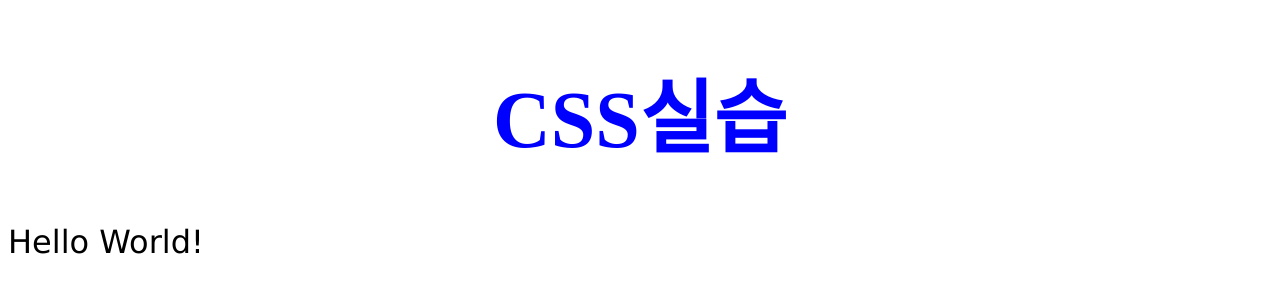
Repository: ashojm/WebWork
Page: Web/first.html
These files come from the project's save history. The page is drawn as it stood at one moment and after the next save; the edit follows.
The browser window is 1280 px wide. The pictures show the whole page.

Above is the page before, as saved 2015-11-12 16:06:12.

### Web/first.html
<!DOCTYPE html>
<html>
	<head>
		<meta charset="UTF-8">
		<link rel="stylesheet" href="css/base.css"/>
		<style>
			h1{color:blue;text-align:center}
			p{color:black}
		</style>
		<title>제목입니다.</title>
	</head>
	<body>
		<h1>CSS실습</h1>
		<p>
			Hello World!
		</p>

	</body>
</html>

### Web/css/base.css
h1{color:#FF0000;font-family:serif;font-size:500%}
p {color:red;font-size:200%;font-family:Verdana}

After the next save:
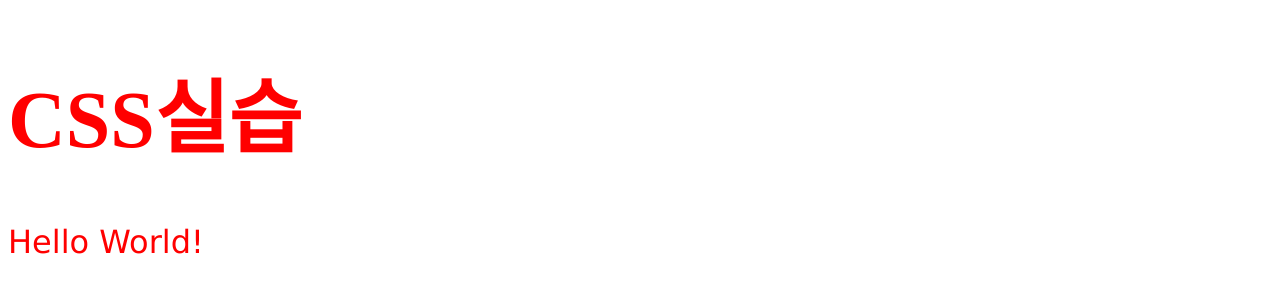
Saved 98 s later.
--- a/Web/first.html
+++ b/Web/first.html
@@ -3,10 +3,6 @@
 	<head>
 		<meta charset="UTF-8">
 		<link rel="stylesheet" href="css/base.css"/>
-		<style>
-			h1{color:blue;text-align:center}
-			p{color:black}
-		</style>
 		<title>제목입니다.</title>
 	</head>
 	<body>
